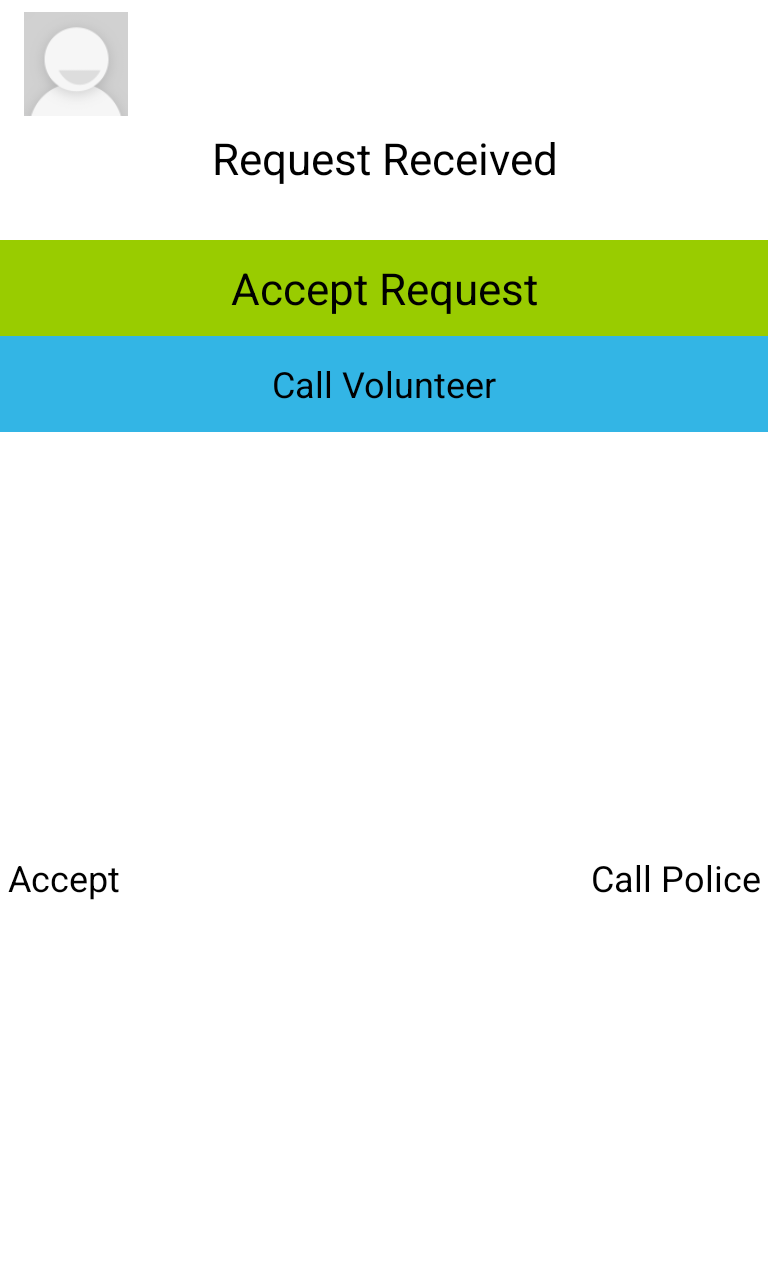
Repository: srivast6/SafeWalk
Layout: android/SafeWalk/res/layout/tryout.xml
These files come from the project's save history. The layout is drawn as it stood at one moment and after a run of saves; the edit follows.
It is drawn on a 768 x 1280 px phone screen (xhdpi) without system bars, with theme android:Theme.Holo.Light; the app's code is not run.

Above is the layout before, as saved 2013-11-20 18:13:32.

### android/SafeWalk/res/layout/tryout.xml
<?xml version="1.0" encoding="utf-8"?>
<RelativeLayout xmlns:android="http://schemas.android.com/apk/res/android"
    android:layout_width="match_parent"
    android:layout_height="match_parent" >

    <RelativeLayout
        android:id="@+id/rltveLayout1"
        android:layout_width="fill_parent"
        android:layout_height="?android:attr/listPreferredItemHeight"
        android:padding="6dip" >

        <ImageView
            android:id="@+id/icon"
            android:layout_width="wrap_content"
            android:layout_height="fill_parent"
            android:layout_alignParentLeft="true"
            android:src="@drawable/ic_contact_picture" />
    </RelativeLayout>

    <RelativeLayout
        android:id="@+id/rltveLayout2"
        android:layout_width="match_parent"
        android:layout_height="wrap_content"
        android:layout_alignParentLeft="true"
        android:layout_alignParentRight="true"
        android:layout_below="@id/rltveLayout1"
        android:orientation="vertical" >

        <TextView
            android:id="@+id/tV_RqstResvd"
            android:layout_width="match_parent"
            android:layout_height="wrap_content"
            android:layout_alignParentTop="true"
            android:gravity="center"
            android:text="Request Received"
            android:textAppearance="?android:attr/textAppearanceLarge" />

        <Button
            android:id="@+id/AcceptButton"
            android:layout_width="match_parent"
            android:layout_height="wrap_content"
            android:layout_alignTop="@id/tV_RqstResvd"
            android:layout_below="@id/tV_RqstResvd"
            android:layout_marginTop="56dp"
            android:background="@android:color/holo_green_light"
            android:gravity="center"
            android:text="Accept Request"
            android:textSize="22dp" />
    </RelativeLayout>

    <RelativeLayout
        android:id="@+id/rltveLayout3"
        style="?android:attr/buttonBarStyle"
        android:layout_width="wrap_content"
        android:layout_height="wrap_content"
        android:layout_alignParentBottom="true"
        android:layout_alignTop="@+id/linearLayout3"
        android:layout_below="@id/rltveLayout2"
        android:orientation="horizontal" >

        <Button
            android:id="@+id/callButton"
            android:layout_width="120dp"
            android:layout_height="wrap_content"
            android:layout_alignParentLeft="true"
            android:layout_alignParentRight="true"
            android:layout_marginBottom="22dp"
            android:layout_weight="0"
            android:background="@android:color/holo_blue_light"
            android:orientation="horizontal"
            android:text="Call Volunteer" />

        <Button
            android:id="@+id/btn_callSafewalk"
            style="?android:attr/buttonBarButtonStyle"
            android:layout_width="wrap_content"
            android:layout_height="fill_parent"
            android:layout_below="@id/callButton"
            android:text="Accept" />

        <Button
            android:id="@+id/btn_callPolice"
            style="?android:attr/buttonBarButtonStyle"
            android:layout_width="wrap_content"
            android:layout_height="fill_parent"
            android:layout_alignParentRight="true"
            android:layout_below="@id/callButton"
            android:text="Call Police" />

    </RelativeLayout>

</RelativeLayout>

After the next 2 saves:
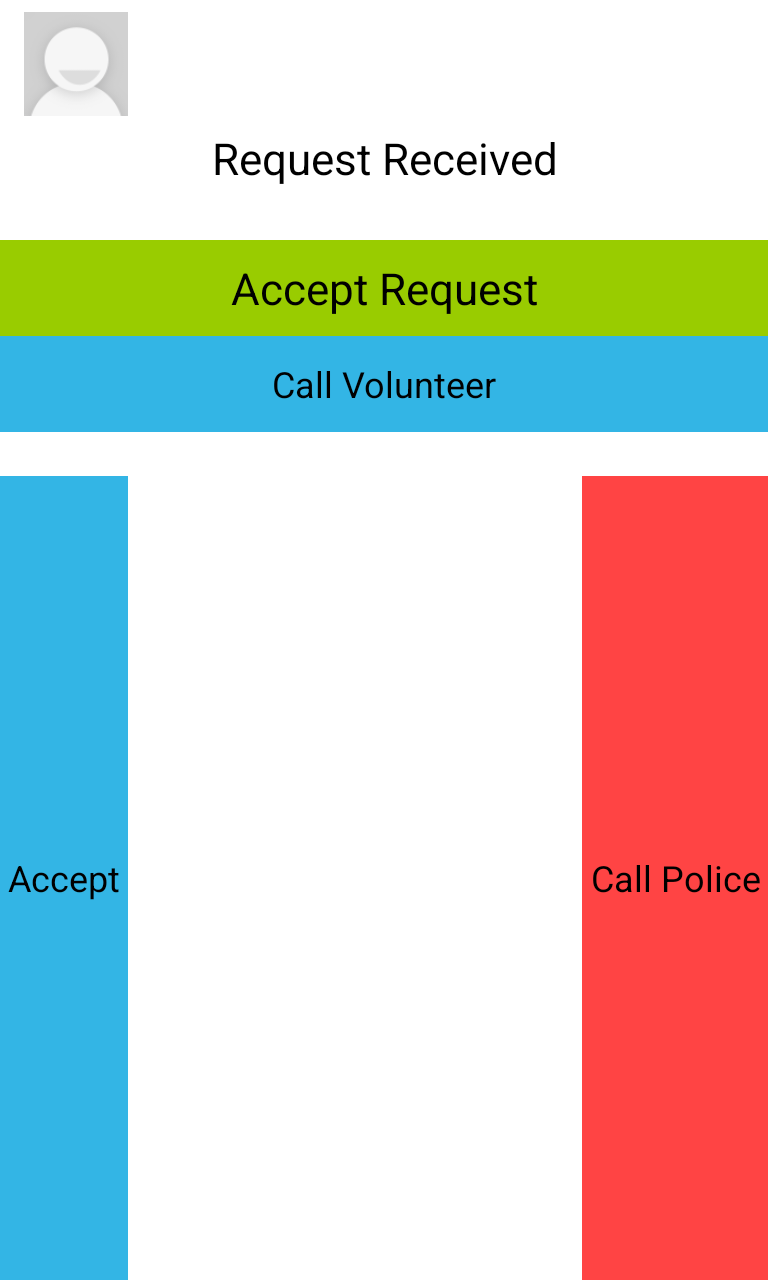
The 2 saves are shown as one change because 1 did not build or start.
The last was saved 41 s later.
--- a/android/SafeWalk/res/layout/tryout.xml
+++ b/android/SafeWalk/res/layout/tryout.xml
@@ -76,6 +76,7 @@
             android:layout_width="wrap_content"
             android:layout_height="fill_parent"
             android:layout_below="@id/callButton"
+            android:background="@android:color/holo_blue_light"
             android:text="Accept" />
 
         <Button
@@ -85,6 +86,7 @@
             android:layout_height="fill_parent"
             android:layout_alignParentRight="true"
             android:layout_below="@id/callButton"
+            android:background="@android:color/holo_red_light"
             android:text="Call Police" />
 
     </RelativeLayout>
